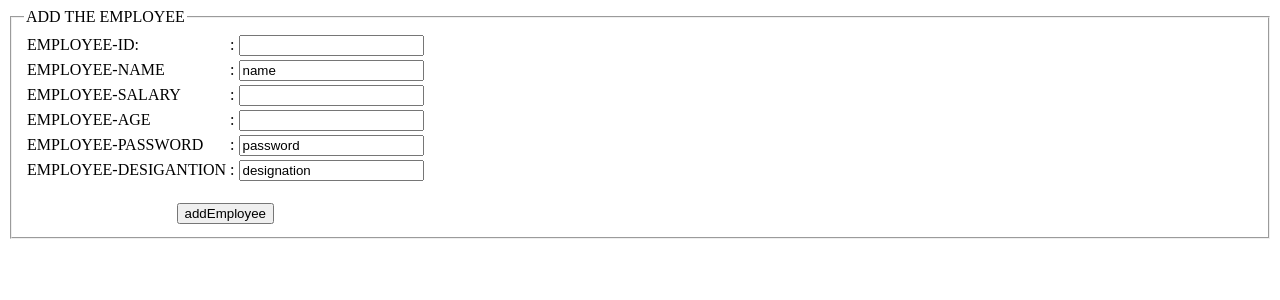
Repository: 81akshucaptain/TY_CG_HTD_BangloreNovember_JFS_AkahaykumarAgasanalli
Page: Akshay-BACK end codes/Servlet/mywebapp/src/main/webapp/addEmp.html
An editor plug-in stored every save of this project. The page is shown before and after the next save, followed by the edit.
The browser window is 1280 px wide. The pictures show the whole page.

Above is the page before, as saved 2019-12-17 10:25:01.

### Akshay-BACK end codes/Servlet/mywebapp/src/main/webapp/addEmp.html
<!DOCTYPE html>
<html>
<head>
<meta charset="ISO-8859-1">
<title>Insert title here</title>
</head>
<body>
	<fieldset>
		<legend>ADD THE EMPLOYEE</legend>

		<form action="./addEmployee" method="post">
			<table>
				<tr>

					<td>EMPLOYEE-ID:</td>
					<td>:</td>
					<td><input type="number" value="empId"></td>
				</tr>

				<tr>
					<td>EMPLOYEE-NAME</td>
					<td>:</td>
					<td><input type="text" value="name"></td>
				</tr>

				<tr>
					<td>EMPLOYEE-SALARY</td>
					<td>:</td>
					<td><input type="number" value="salary"></td>
				</tr>

				<tr>
					<td>EMPLOYEE-AGE</td>
					<td>:</td>
					<td><input type="number" value="age"></td>
				</tr>
				<tr>
					<td>EMPLOYEE-PASSWORD</td>
					<td>:</td>
					<td><input type="text" value="password"></td>
				</tr>
				<tr>
					<td>EMPLOYEE-DESIGANTION</td>
					<td>:</td>
					<td><input type="text" value="designation"></td>
				</tr>
				<tr>
					<td colspan="3" align="center"><br> <input type="submit"
						value="addEmployee"></td>
				</tr>
			</table>
		</form>
	</fieldset>
</body>
</html>

After the next save:
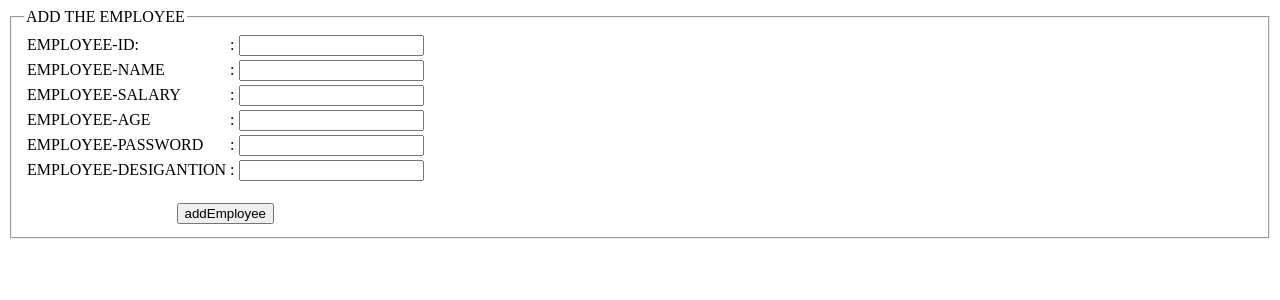
Saved 10 min 10 s later.
--- a/Akshay-BACK end codes/Servlet/mywebapp/src/main/webapp/addEmp.html
+++ b/Akshay-BACK end codes/Servlet/mywebapp/src/main/webapp/addEmp.html
@@ -14,35 +14,35 @@
 
 					<td>EMPLOYEE-ID:</td>
 					<td>:</td>
-					<td><input type="number" value="empId"></td>
+					<td><input type="number" name="empId"></td>
 				</tr>
 
 				<tr>
 					<td>EMPLOYEE-NAME</td>
 					<td>:</td>
-					<td><input type="text" value="name"></td>
+					<td><input type="text" name="name"></td>
 				</tr>
 
 				<tr>
 					<td>EMPLOYEE-SALARY</td>
 					<td>:</td>
-					<td><input type="number" value="salary"></td>
+					<td><input type="number" name="salary"></td>
 				</tr>
 
 				<tr>
 					<td>EMPLOYEE-AGE</td>
 					<td>:</td>
-					<td><input type="number" value="age"></td>
+					<td><input type="number" name="age"></td>
 				</tr>
 				<tr>
 					<td>EMPLOYEE-PASSWORD</td>
 					<td>:</td>
-					<td><input type="text" value="password"></td>
+					<td><input type="text" name="password"></td>
 				</tr>
 				<tr>
 					<td>EMPLOYEE-DESIGANTION</td>
 					<td>:</td>
-					<td><input type="text" value="designation"></td>
+					<td><input type="text" name="designation"></td>
 				</tr>
 				<tr>
 					<td colspan="3" align="center"><br> <input type="submit"
